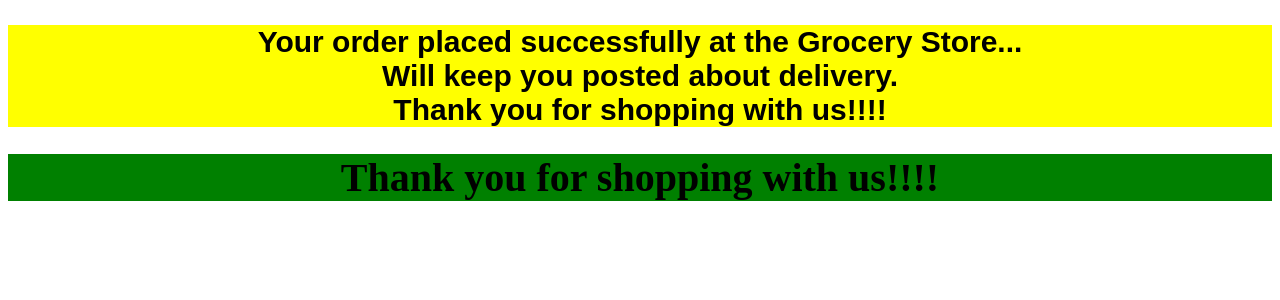
Repository: pournimapatil27/GroceryStoreMicroservice
Page: StoreLogin/src/main/resources/static/store.html
These files come from the project's save history. The page is drawn as it stood at one moment and after the next save; the edit follows.
The browser window is 1280 px wide. The pictures show the whole page.

Above is the page before, as saved 2021-12-03 09:06:29.

After the next save:
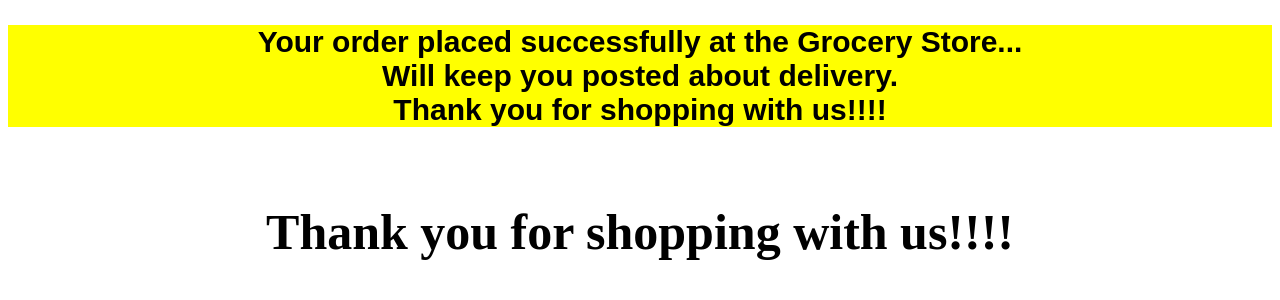
Saved 75 s later.
--- a/StoreLogin/src/main/resources/static/store.html
+++ b/StoreLogin/src/main/resources/static/store.html
@@ -8,6 +8,7 @@
    </h:head>
    <h:body>
       <h2 style="background-color:yellow;font-family:'Arial';font-size:30px;text-align: center">Your order placed successfully at the Grocery Store...<br>Will keep you posted about delivery.<br> Thank you for shopping with us!!!!</h2>
-  <h1 style="background-color:Green;font-family:'Jockerman';font-size:40px;text-align: center">Thank you for shopping with us!!!!</h1>
+ <BR>
+  <h1 style="background-color:light-Green;font-family:'Jockerman';font-size:50px;text-align: center">Thank you for shopping with us!!!!</h1>
    </h:body>
 </html>
